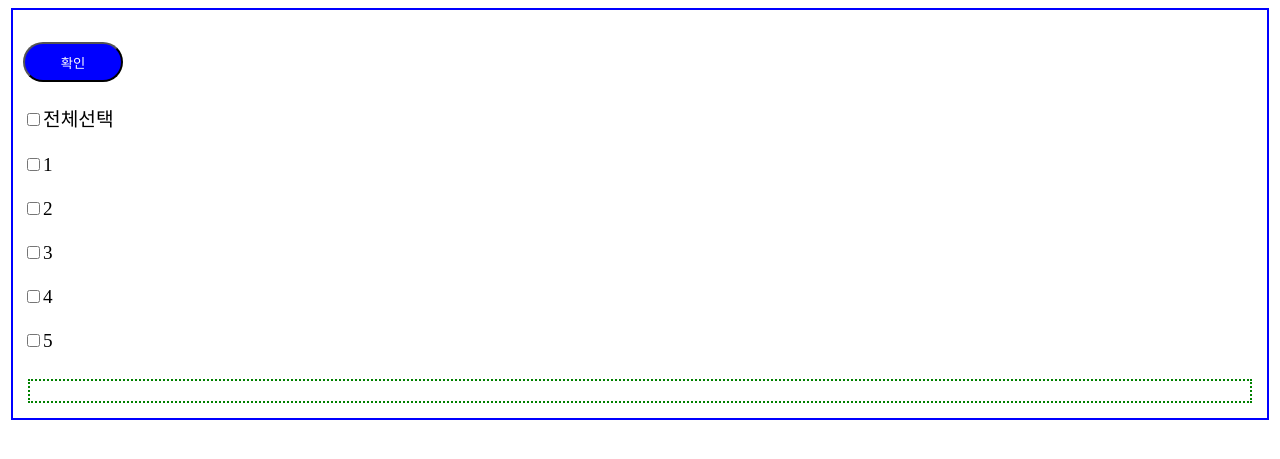
Repository: patternlobe-stack/MY_repository
Page: webpro/src/main/webapp/0916/prop메소드.html
An editor plug-in stored every save of this project. The page is shown before and after the next save, followed by the edit.
The browser window is 1280 px wide. The pictures show the whole page.

Above is the page before, as saved 2025-09-16 08:52:26.

### webpro/src/main/webapp/0916/prop메소드.html
<!DOCTYPE html>
<html>
<head>
<meta charset="UTF-8">
<title>Insert title here</title>
<link rel="stylesheet"  href="../css/public.css">
<script src="../js/jquery-3.7.1.js"></script>

<script>
</script>

</head>
<body>


<div class="box">
      <h3>
      </h3>
      <input type="button" value="확인" onclick="proc1()" />
      <br /><br />
      <input type = "checkbox" id='all'>전체선택<br><br>

      <input type = "checkbox" class='chk'>1<br><br>
      <input type = "checkbox" class='chk'>2<br><br>
      <input type = "checkbox" class='chk'>3<br><br>
      <input type = "checkbox" class='chk'>4<br><br>
      <input type = "checkbox" class='chk'>5<br><br>


      <div id="result1"></div>
</div>
</body>
</html>

### webpro/src/main/webapp/css/public.css
@charset "UTF-8";

pre {
  border: 5px inset red;
  margin: 20px;
  padding: 10px;
  font-size: 1.3rem;
}
div {
  border: 2px dotted green;
  padding: 10px;
  margin: 5px;
  font-size: 1.2rem;
}

.box {
  border: 2px solid blue;
  margin: 3px;
  padding: 10px;
}
.box input[type="button"],
.box input[type="submit"] {
  background: blue;
  color: white;
  width: 100px;
  height: 40px;
  border-radius: 50px;
}

Loaded but not shown: webpro/src/main/webapp/js/jquery-3.7.1.js (library)

After the next save:
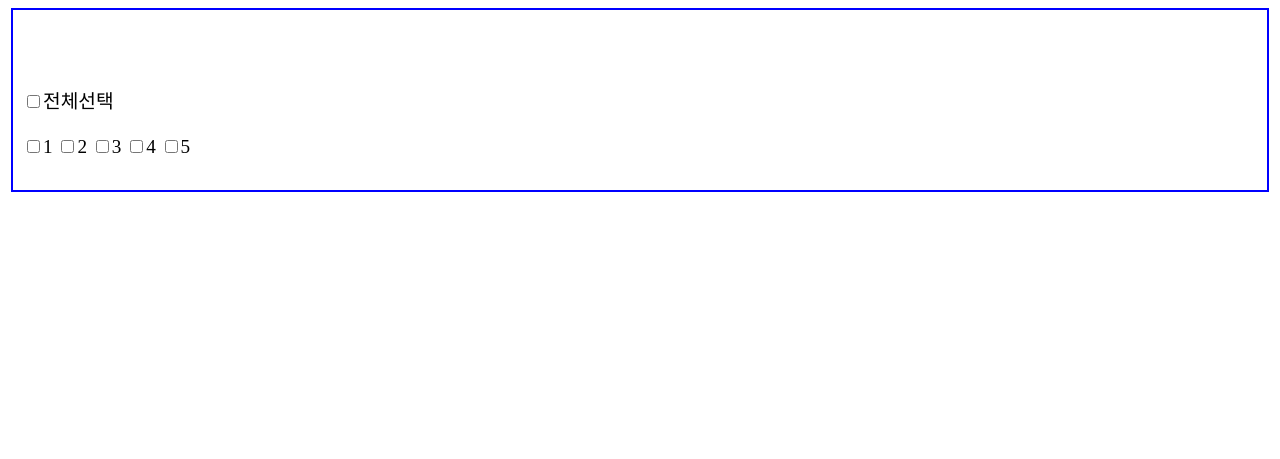
Saved 36 s later.
--- a/webpro/src/main/webapp/0916/prop메소드.html
+++ b/webpro/src/main/webapp/0916/prop메소드.html
@@ -16,18 +16,16 @@
 <div class="box">
       <h3>
       </h3>
-      <input type="button" value="확인" onclick="proc1()" />
       <br /><br />
       <input type = "checkbox" id='all'>전체선택<br><br>
 
-      <input type = "checkbox" class='chk'>1<br><br>
-      <input type = "checkbox" class='chk'>2<br><br>
-      <input type = "checkbox" class='chk'>3<br><br>
-      <input type = "checkbox" class='chk'>4<br><br>
+      <input type = "checkbox" class='chk'>1
+      <input type = "checkbox" class='chk'>2
+      <input type = "checkbox" class='chk'>3
+      <input type = "checkbox" class='chk'>4
       <input type = "checkbox" class='chk'>5<br><br>
 
 
-      <div id="result1"></div>
 </div>
 </body>
 </html>
